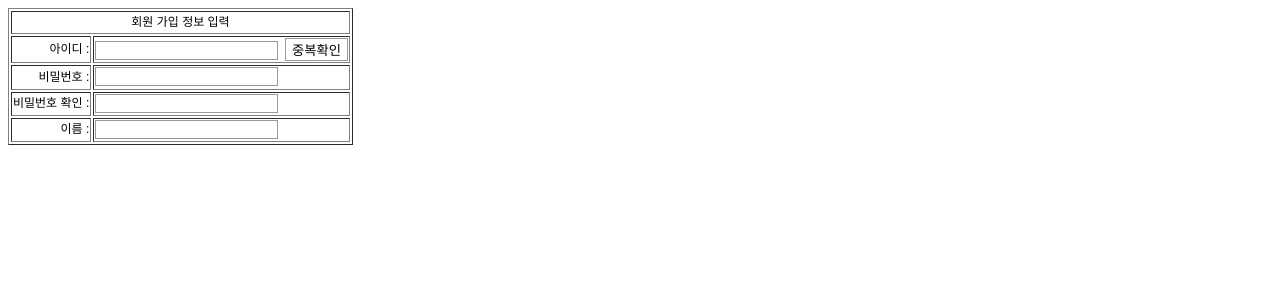
Repository: sgnq008-tech/JSP
Page: http://localhost/WebProject/memberone/regForm.jsp
The author's editor kept a copy of each file at every save. The page is drawn from the files as they stood at one save, then again after the next save.
The browser window is 1280 px wide. The pictures show the whole page.
The page is served by Tomcat 9.

Above is the page before, as saved 2026-09-14 07:42:18.
Console error (its wording comes from the project's code and is left out).

After the next save:
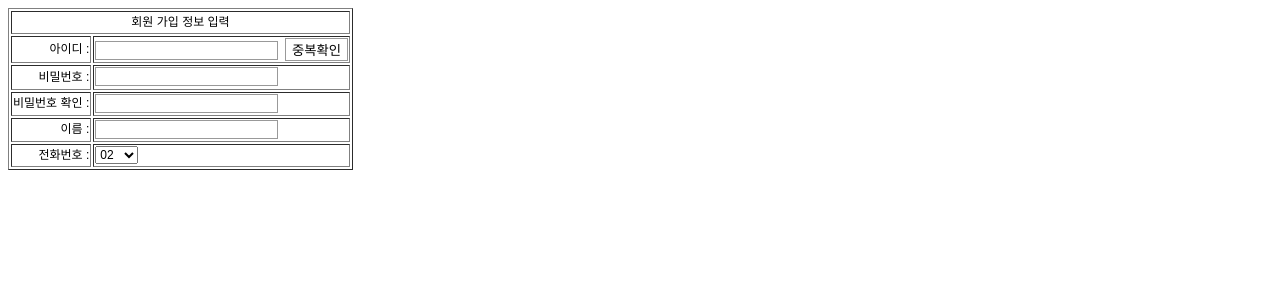
Saved 100 s later.
--- a/jsp_workspace/WebProject/src/main/webapp/memberone/regForm.jsp
+++ b/jsp_workspace/WebProject/src/main/webapp/memberone/regForm.jsp
@@ -43,6 +43,20 @@
             </td>
        </tr>
 
+        <tr>
+           <td align="right"> 전화번호 : </td>
+            <td>
+               <select name="phone1">
+                               <option value="02">02</option>
+                               <option value="031">031</option>
+                               <option value="010">010</option>
+
+               </select>
+            </td>
+       </tr>
+
+
+
 </table>
 
 </form>
